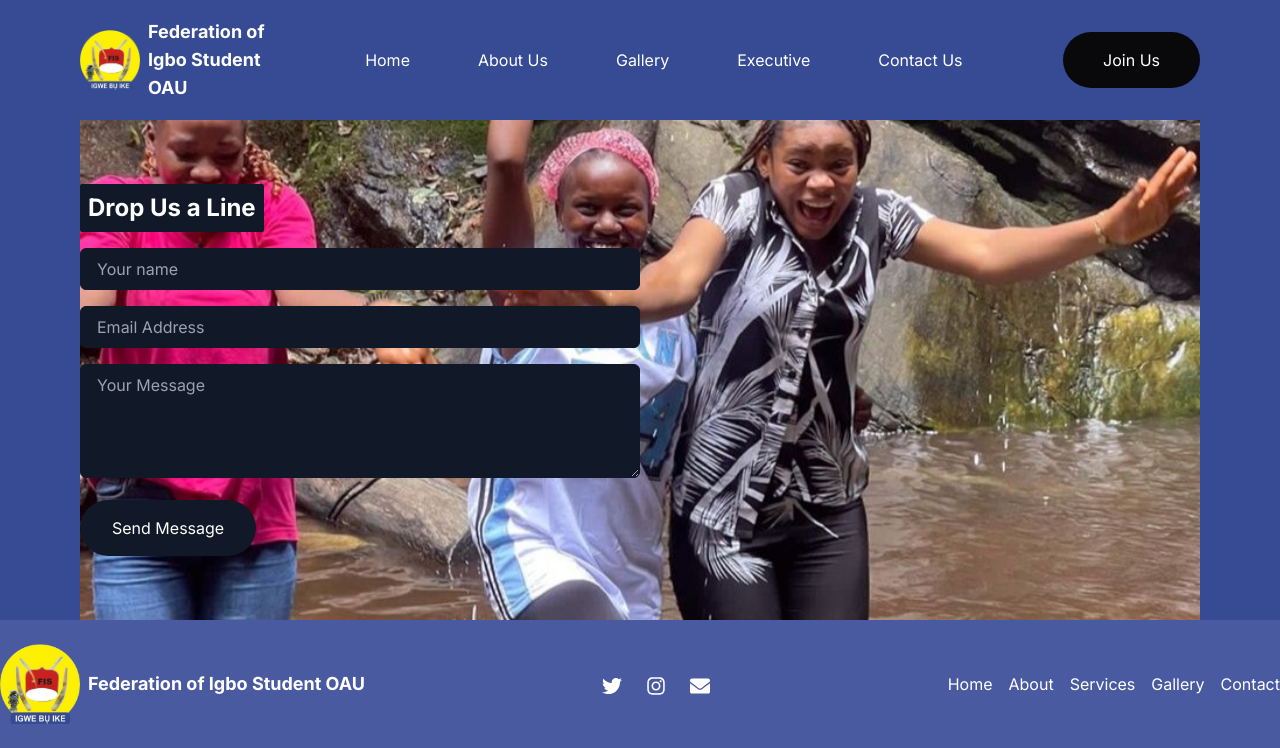
Repository: akinolapo/fis
Page: /Contact
An editor plug-in stored every save of this project. The page is shown before and after a run of saves, followed by the edit.
The browser window is 1280 px wide. The pictures show the whole page.
The project was rebuilt for these pictures with package versions that can differ from the ones it lists, and the page was loaded fresh each time. The framework's server and built-in components were replaced by stand-ins that run in the browser. Also part of the build but not shown: next.config.mjs.

Above is the page before, as saved 2024-05-06 19:33:44.

### app/layout.tsx
import type { Metadata } from "next";
import { Inter } from "next/font/google";
import "./globals.css";
import Header from "./components/Header/Header";
import Head from "next/head";
import Footer from "./components/Footer/Footer";
import { NavMobile } from "./components/Header/MobileNav/NavMobile";



const inter = Inter({ subsets: ["latin"] });

export const metadata: Metadata = {
  title: "Federation of Igbo Student OAU",
  description: "Federation of Igbo Student OAU",
};

export default function RootLayout({
  children,
}: Readonly<{
  children: React.ReactNode;
}>) {
  return (
    <html lang="en">
       <Head>
        <meta charSet="utf-8" />
        <meta name="viewport" content="width=device-width, initial-scale=1" />
        <meta name="theme-color" content="#ffffff" />
        <link rel="manifest" href="/site.webmanifest" />
        <link rel="icon" href="/favicon.ico" />
        {/* Add any other meta tags you need */}
      </Head>
      <body className={inter.className}>
        <main className="px-6 lg:px-20">
        <Header/>
        <NavMobile/>
        {children}
        </main>
        <Footer/>
        </body>
    </html>
  );
}

### app/Contact/page.tsx
import React from 'react'

const page = () => {
  return (
       <div
       className="bg-cover bg-center relative"
       style={{
        padding: 0,
        backgroundImage: `url('/images/contact.jpg')`,
      }}
       >
      {/* Contact form */}
      <div className="container mx-auto py-16">
        <div className="flex flex-col md:flex-row">
          {/* Contact form */}
          <div className="md:w-1/2">
            <h2 className="text-2xl font-bold mb-4 bg-gray-900 w-fit p-2 rounded-sm">Drop Us a Line</h2>
            <form>
              <div className="mb-4">
                <input
                  type="text"
                  id="name"
                  name="name"
                  placeholder='Your name'
                  className="w-full border border-gray-900 rounded-md px-4 py-2 bg-gray-900 text-white"
                />
              </div>
              <div className="mb-4">
                <input
                  type="email"
                  id="email"
                  name="email"
                  placeholder='Email Address'
                  className="w-full border border-gray-900 rounded-md px-4 py-2 bg-gray-900 text-white"
                />
              </div>
              <div className="mb-4">
                <textarea
                  id="message"
                  name="message"
                  rows={4}
                  placeholder='Your Message'
                  className="w-full border border-gray-900 rounded-md px-4 py-2 bg-gray-900 text-white"
                ></textarea>
              </div>
              <button
                type="submit"
                className="bg-gray-900 text-white px-8 py-4 rounded-full hover:bg-gray-950 transition-colors duration-300"
              >
                Send Message
              </button>
            </form>
          </div>
          {/* Contact form ends */}
        </div>
      </div>
    </div>
  )
}

export default page

### app/globals.css
@tailwind base;
@tailwind components;
@tailwind utilities;z

*{
  margin: 0;
  padding: 0;
}

.bg-myDarkColor{
  background-color: #364B94;
}

.bg-myLightColor{
  background-color: #4A5AA1;
}

body {
  background: #364B94 !important;
  color: #ffffff !important;
}

footer{
  background: #4A5AA1 !important;
}

a {
  text-decoration: none !important;
  color: #ffffff !important;
}

footer a:hover{
  color: rgb(156 163 175);
}

@layer utilities {
  .text-balance {
    text-wrap: balance;
  }
}

### app/components/Header/Header.tsx
import Image from "next/image";

const Header = () => {
  return (
    <header className="hidden justify-between items-center py-4 text-white lg:flex">
      {/* Logo and Site Title */}
      <div className="flex items-center">
        <Image src="/logo.png" alt="Logo" width={60} height={60} className="mr-2"  />
        <h1 className="text-lg font-bold">Federation of <br></br>Igbo Student<br></br> OAU</h1>
      </div>

      {/* Menu */}
      <nav className="flex justify-center flex-grow">
        <ul className="flex gap-1">
          <a href="/"><li className="cursor-pointer hover:text-gray-400 p-8">Home</li></a>
          <a href="/about"><li className="cursor-pointer hover:text-gray-400 p-8">About Us</li></a>
          <a href="/gallery"><li className="cursor-pointer hover:text-gray-400 p-8">Gallery</li></a>
          <a href="/executive"><li className="cursor-pointer hover:text-gray-400 p-8">Executive</li></a>
          <a href="contact"><li className="cursor-pointer hover:text-gray-400 p-8">Contact Us</li></a>
        </ul>
      </nav>

      {/* Join Us Button */}
      <button className="rounded-full py-4 px-10 bg-zinc-950 hover:bg-black text-white">
        Join Us
      </button>
    </header>
  );
};

export default Header;

### app/components/Footer/Footer.tsx
// Footer.tsx

import { FaTwitter, FaInstagram, FaEnvelope } from "react-icons/fa";

const Footer = () => {
  return (
    <footer className="text-white py-6">
      <div className="container mx-auto flex flex-col md:flex-row justify-between items-center">
        {/* Left section with logo, site title, and contact info */}
        <div className="flex items-center mb-4 md:mb-0">
          <img src="/logo.png" alt="Logo" className="h-20 mr-2" />
          <div className="text-lg font-bold">Federation of Igbo Student OAU</div>
        </div>
        <div>
          {/* <h3>Contact Us</h3> */}
          <div className="flex flex-col">
            <div className="flex items-center mt-1">
              <a
                href="https://twitter.com/"
                target="_blank"
                rel="noopener noreferrer"
                className="mr-2 text-white bg-primary p-2 rounded-full"
              >
                <FaTwitter className="text-xl" />
              </a>
              <a
                href="https://www.instagram.com/"
                target="_blank"
                rel="noopener noreferrer"
                className="mr-2 text-white bg-primary p-2 rounded-full"
              >
                <FaInstagram className="text-xl" />
              </a>
              <a
                href="mailto:example@example.com"
                target="_blank"
                rel="noopener noreferrer"
                className="text-white bg-primary p-2 rounded-full"
              >
                <FaEnvelope className="text-xl" />
              </a>
            </div>
          </div>
        </div>

        {/* Right section with site menu items */}
        <div className="md:hidden mt-4">
          <ul className="flex flex-wrap justify-center">
            <li className="mr-4 mb-2">
              <a href="#">Home</a>
            </li>
            <li className="mr-4 mb-2">
              <a href="#">About</a>
            </li>
            <li className="mr-4 mb-2">
              <a href="#">Services</a>
            </li>
            <li className="mr-4 mb-2">
              <a href="#">Gallery</a>
            </li>
            <li className="mb-2">
              <a href="#">Contact</a>
            </li>
          </ul>
        </div>
        {/* Right section with site menu items */}
        <div className="hidden md:block">
          <ul className="flex">
            <li className="mr-4">
              <a href="#">Home</a>
            </li>
            <li className="mr-4">
              <a href="#">About</a>
            </li>
            <li className="mr-4">
              <a href="#">Services</a>
            </li>
            <li className="mr-4">
              <a href="#">Gallery</a>
            </li>
            <li>
              <a href="#">Contact</a>
            </li>
          </ul>
        </div>
      </div>
    </footer>
  );
};

export default Footer;

### app/components/Header/MobileNav/NavMobile.tsx
'use client'

import { useClickAway } from "react-use";
import { useRef } from "react";
import { useState } from "react";
import { AnimatePresence, motion } from "framer-motion";
import { Squash as Hamburger } from "hamburger-react";
import { routes } from "./routes";
import Image from "next/image";

export const NavMobile = () => {
  const [isOpen, setOpen] = useState(false);
  const ref = useRef(null);

  useClickAway(ref, () => setOpen(false));

  return (
    <div ref={ref} className="flex items-center justify-between py-2 lg:hidden">
      <Image src="/logo.png" alt="Logo" width={60} height={60} className="mr-2"  />
      <Hamburger toggled={isOpen} size={20} toggle={setOpen} />
      <AnimatePresence>
        {isOpen && (
          <motion.div
            initial={{ opacity: 0 }}
            animate={{ opacity: 1 }}
            exit={{ opacity: 0 }}
            transition={{ duration: 0.2 }}
            className="fixed z-20 bg-myDarkColor left-0 shadow-4xl right-0 top-[4.5rem] p-4"
          >
            <ul className="grid gap-2">
              {routes.map((route, idx) => {

                return (
                  <motion.li
                    initial={{ scale: 0, opacity: 0 }}
                    animate={{ scale: 1, opacity: 1 }}
                    transition={{
                      type: "spring",
                      stiffness: 260,
                      damping: 20,
                      delay: 0.1 + idx / 10,
                    }}
                    key={route.title}
                    className="w-full p-[0.08rem] rounded-xl bg-primary "
                  >
                    <a
                      onClick={() => setOpen((prev) => !prev)}
                      className={
                        "flex items-center justify-between w-full p-3 rounded-xl bg-myLightColor text-white"
                      }
                      href={route.href}
                    >
                      <span className="flex gap-1 text-lg">{route.title}</span>
                    </a>
                  </motion.li>
                );
              })}
            </ul>
          </motion.div>
        )}
      </AnimatePresence>
    </div>
  );
};

### app/components/Header/MobileNav/routes.ts
export const routes = [
    {
      title: "Home",
      href: "#",
    },
    {
      title: "About Us",
      href: "#",
    },
    {
      title: "Gallery",
      href: "#",
    },
    {
      title: "Executive",
      href: "#",
    },
    {
      title: "Contact Us",
      href: "#",
    },
    {
      title: "Join Us",
      href: "#",
    },
  ];

Loaded but not shown: tailwind.config.ts (common file)

After the next 2 saves:
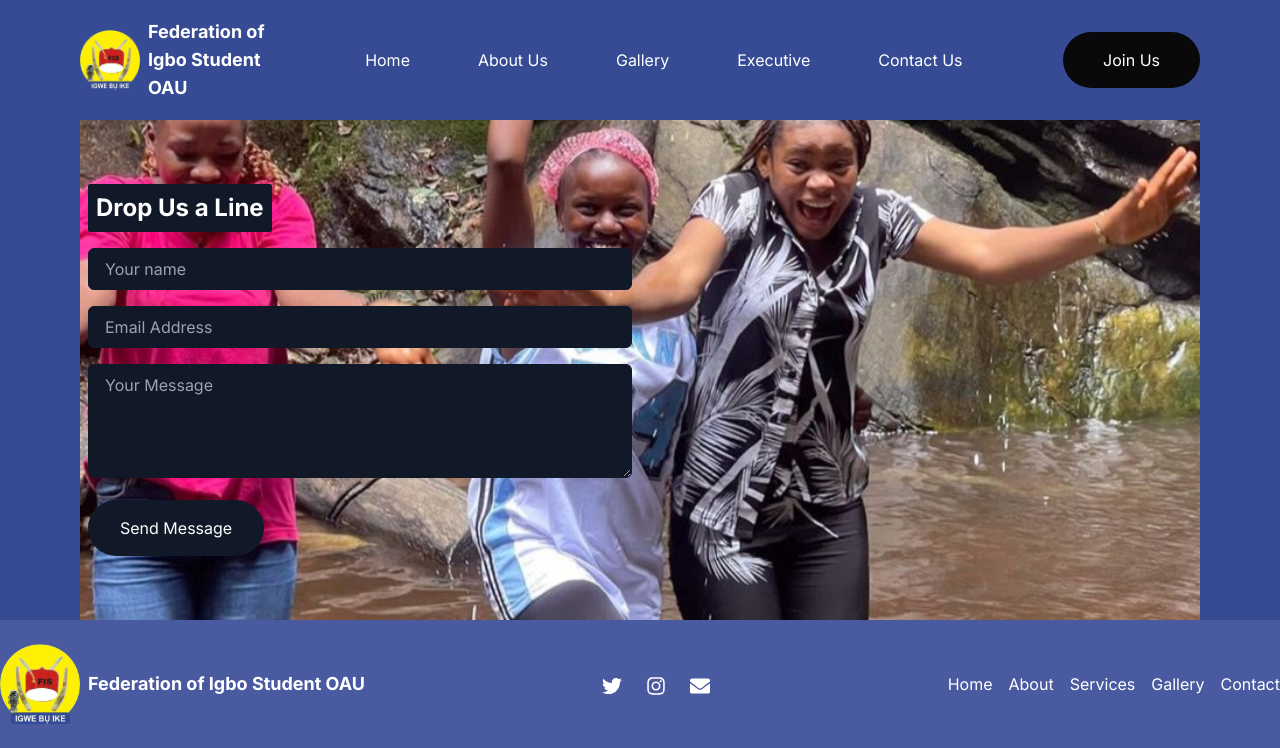
The 2 saves are shown as one change because they came seconds apart.
The last was saved 26 s later.
--- a/app/Contact/page.tsx
+++ b/app/Contact/page.tsx
@@ -13,7 +13,7 @@ const page = () => {
       <div className="container mx-auto py-16">
         <div className="flex flex-col md:flex-row">
           {/* Contact form */}
-          <div className="md:w-1/2">
+          <div className="px-2 md:w-1/2">
             <h2 className="text-2xl font-bold mb-4 bg-gray-900 w-fit p-2 rounded-sm">Drop Us a Line</h2>
             <form>
               <div className="mb-4">
